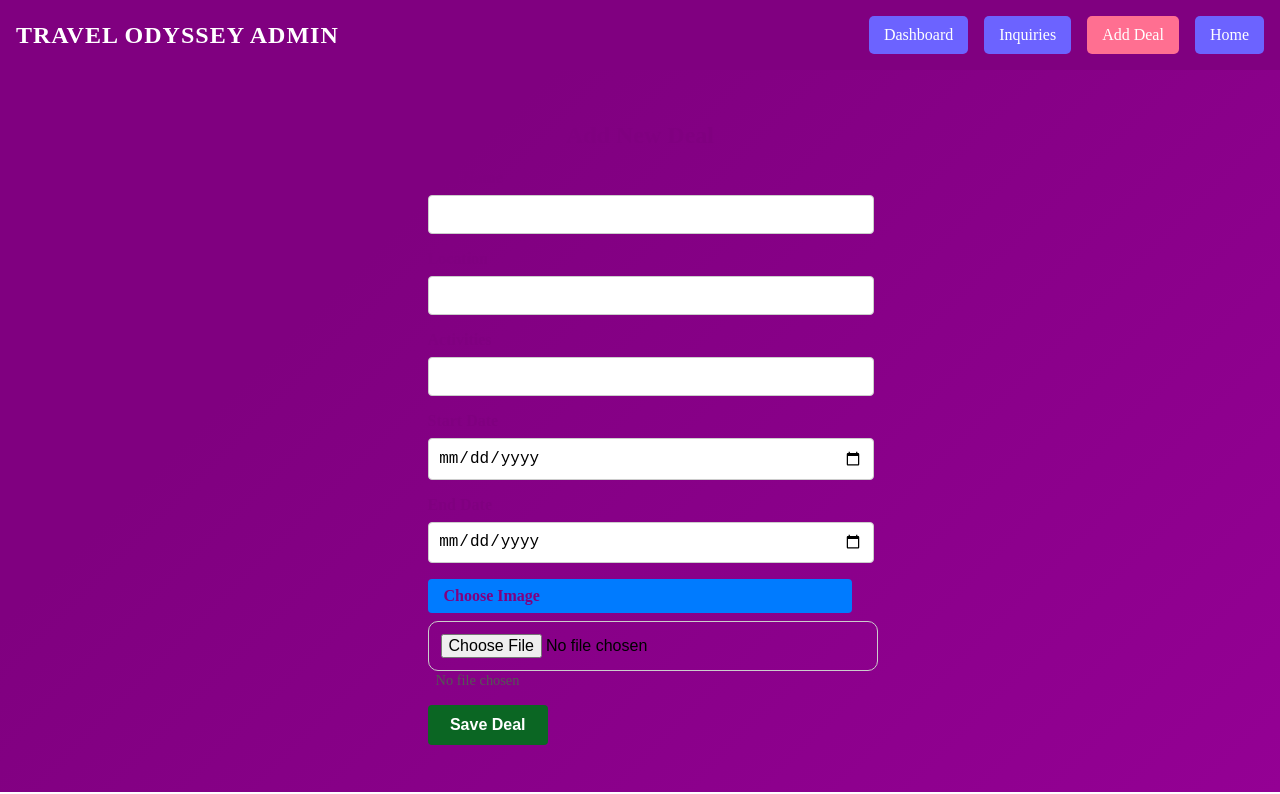
Repository: GHzPhoenix/Project-Odyssey
Page: Frontend/add-deal.html
The author's editor kept a copy of each file at every save. The page is drawn from the files as they stood at one save, then again after the next save.
The browser window is 1280 px wide. The pictures show the whole page.

Above is the page before, as saved 2025-06-08 23:39:27.

### Frontend/add-deal.html
<!DOCTYPE html>
<html lang="en">
  <head>
    <meta charset="UTF-8" />
    <meta name="viewport" content="width=device-width,initial-scale=1.0" />
    <title>Admin – Add Deal</title>
    <link rel="stylesheet" href="/Frontend/css/login.css" />
    <style>
      body {
        font-family: "Merriweather", serif;
        margin: 0;
      }
      header nav {
        background: purple;
        padding: 1rem;
        display: flex;
        align-items: center;
        justify-content: space-between;
      }
      header nav .logo {
        color: white;
        font-weight: bold;
      }
      header nav ul {
        list-style: none;
        display: flex;
        gap: 1rem;
        margin: 0;
      }
      header nav a {
        color: white;
        text-decoration: none;
        padding: 0.5rem 1rem;
        background: #6c63ff;
        border-radius: 4px;
        transition: background 0.2s;
      }
      header nav a.active {
        background: #ff6f91;
      }
      header nav a:hover {
        background: #5950d4;
      }

      main {
        max-width: 600px;
        margin: 2rem auto;
        padding: 0 1rem;
      }
      h2 {
        text-align: center;
        color: purple;
      }
      form .input-group {
        margin-bottom: 1rem;
      }
      label {
        display: block;
        margin-bottom: 0.3rem;
        font-weight: 600;
      }
      input[type="text"],
      input[type="date"],
      textarea {
        width: 100%;
        padding: 0.6rem;
        border: 1px solid #ccc;
        border-radius: 4px;
        font-size: 1rem;
      }
      .file-input-label {
        display: inline-block;
        padding: 0.5rem 1rem;
        background: #007bff;
        color: white;
        border-radius: 4px;
        cursor: pointer;
      }
      #file-chosen {
        margin-left: 0.5rem;
        font-size: 0.9rem;
        color: #555;
      }
      button[type="submit"] {
        background: #0b6623;
        color: white;
        padding: 0.7rem 1.4rem;
        border: none;
        border-radius: 4px;
        font-size: 1rem;
        cursor: pointer;
      }
      button[type="submit"]:hover {
        background: #095a1a;
      }
      #deal-message {
        margin-top: 0.75rem;
        font-size: 0.9rem;
      }
      #deal-message.error {
        color: #b00020;
      }
      #deal-message.success {
        color: #0b6623;
      }
    </style>
  </head>
  <body>
    <header>
      <nav>
        <div class="logo">Travel Odyssey Admin</div>
        <ul>
          <li><a href="admin-dashboard.html">Dashboard</a></li>
          <li><a href="inquiries.html">Inquiries</a></li>
          <li><a href="add-deal.html" class="active">Add Deal</a></li>
          <li><a href="index.html">Home</a></li>
        </ul>
      </nav>
    </header>

    <main>
      <h2>Add New Deal</h2>
      <form id="deal-form">
        <div class="input-group">
          <label for="name">Deal Name</label>
          <input type="text" id="name" required />
        </div>
        <div class="input-group">
          <label for="location">Location</label>
          <input type="text" id="location" required />
        </div>
        <div class="input-group">
          <label for="activities">Activities</label>
          <input type="text" id="activities" required />
        </div>
        <div class="input-group">
          <label for="start_date">Start Date</label>
          <input type="date" id="start_date" required />
        </div>
        <div class="input-group">
          <label for="end_date">End Date</label>
          <input type="date" id="end_date" required />
        </div>
        <div class="input-group">
          <label class="file-input-label" for="image_file">
            Choose Image
          </label>
          <input type="file" id="image_file" accept="image/*" />
          <span id="file-chosen">No file chosen</span>
        </div>
        <button type="submit">Save Deal</button>
        <p id="deal-message"></p>
      </form>
    </main>

    <script>
      // prefill from ?name=...&location=...&activities=...
      const params = new URLSearchParams(location.search);
      for (let key of ["name", "location", "activities"]) {
        if (params.has(key)) {
          document.getElementById(key).value = params.get(key);
        }
      }

      // file chooser label
      const fi = document.getElementById("image_file"),
        fc = document.getElementById("file-chosen");
      fi.addEventListener("change", () => {
        fc.textContent = fi.files[0]?.name || "No file chosen";
      });

      document
        .getElementById("deal-form")
        .addEventListener("submit", async (e) => {
          e.preventDefault();
          const msg = document.getElementById("deal-message");
          msg.textContent = "";
          msg.className = "";

          const name = document.getElementById("name").value.trim();
          const loc = document.getElementById("location").value.trim();
          const acts = document.getElementById("activities").value.trim();
          const sd = document.getElementById("start_date").value;
          const ed = document.getElementById("end_date").value;

          if (!name || !loc || !acts || !sd || !ed) {
            msg.textContent = "Fill all fields";
            msg.classList.add("error");
            return;
          }
          if (!fi.files.length) {
            msg.textContent = "Select an image";
            msg.classList.add("error");
            return;
          }

          // read image
          const reader = new FileReader();
          const dataUrl = await new Promise((res) => {
            reader.onload = () => res(reader.result);
            reader.readAsDataURL(fi.files[0]);
          });

          const payload = {
            name,
            location: loc,
            activities: acts,
            start_date: sd,
            end_date: ed,
            image_url: dataUrl,
          };

          const token = localStorage.getItem("token");
          if (!token) {
            msg.textContent = "Login as admin first";
            msg.classList.add("error");
            return;
          }

          try {
            const resp = await fetch("http://127.0.0.1:5001/api/deals", {
              method: "POST",
              headers: {
                "Content-Type": "application/json",
                Authorization: "Bearer " + token,
              },
              body: JSON.stringify(payload),
            });
            const data = await resp.json();
            if (!resp.ok) throw new Error(data.error || "Save failed");
            msg.textContent = "Deal saved!";
            msg.classList.add("success");
            e.target.reset();
            fc.textContent = "No file chosen";
          } catch (err) {
            console.error(err);
            msg.textContent = err.message;
            msg.classList.add("error");
          }
        });
    </script>
  </body>
</html>

### Frontend/css/login.css
body {
  margin: 0;
  padding: 0;
  font-family: "Merriweather", serif;
  background: linear-gradient(135deg, purple 30%, rgb(148, 0, 148) 100%);
  min-height: 100vh;
  display: flex;
  flex-direction: column;
  align-items: center;
}

header {
  width: 100%;
  background-color: purple;
  color: white;
}

nav {
  background-color: purple;
  display: flex;
  justify-content: space-between;
  align-items: center;
  padding: 15px 20px;
  color: white;
  position: relative;
}

nav .logo {
  font-size: 24px;
  font-weight: bold;
  text-transform: uppercase;
  letter-spacing: 1px;
  display: flex;
  align-items: center;
}

nav .logo img {
  width: 50px;
  height: 50px;
  border-radius: 50%;
  margin-right: 10px;
}

nav ul {
  list-style: none;
  display: flex;
  gap: 15px;
  margin: 0;
  padding: 0;
}

nav ul li {
  position: relative;
}

nav ul li a {
  text-decoration: none;
  color: white;
  font-size: 16px;
  padding: 10px 15px;
  border-radius: 5px;
  transition: background 0.3s ease-in-out;
  display: block;
}

nav ul li a:hover {
  background-color: #cd75ce;
  color: yellow;
}

nav ul li .dropdown {
  display: none;
  position: absolute;
  left: 0;
  top: 100%;
  background-color: white;
  min-width: 180px;
  border-radius: 5px;
  box-shadow: 0px 4px 8px rgba(0, 0, 0, 0.2);
  z-index: 1000;
  opacity: 0;
  transform: translateY(10px);
  transition: opacity 0.3s, transform 0.3s ease-in-out;
}

nav ul li .dropdown a {
  display: block;
  padding: 12px;
  color: #333;
  transition: background 0.3s ease-in-out;
  white-space: nowrap;
}

nav ul li .dropdown a:hover {
  background-color: #f4f4f9;
}

nav ul li:hover .dropdown {
  display: block;
  opacity: 1;
  transform: translateY(0);
}

.menu-toggle {
  display: none;
  flex-direction: column;
  cursor: pointer;
}

.menu-toggle div {
  width: 30px;
  height: 3px;
  background-color: white;
  margin: 5px;
}

.logo {
  display: flex;
  align-items: center;
  font-size: 24px;
  font-weight: bold;
}

.logo img {
  width: 50px;
  height: 50px;
  border-radius: 50%;
  margin-right: 10px;
}

.menu-toggle {
  display: none;
  flex-direction: column;
  cursor: pointer;
}

.menu-toggle div {
  width: 30px;
  height: 3px;
  background-color: white;
  margin: 5px 0;
}

@media (max-width: 768px) {
  nav ul {
    display: none;
    flex-direction: column;
    background: purple;
    position: absolute;
    top: 70px;
    left: 0;
    width: 100%;
    box-shadow: none;
  }

  nav ul.active {
    display: flex;
  }

  .menu-toggle {
    display: flex;
  }
}

.avatar {
  width: 100px;
  height: 100px;
  border-radius: 50%;
  margin-top: 30px;
  object-fit: cover;
}

.login-container {
  background: white;
  padding: 40px;
  margin-top: 30px;
  border-radius: 15px;
  width: 100%;
  max-width: 400px;
  box-shadow: 0 8px 16px rgba(0, 0, 0, 0.2);
  text-align: center;
}

.login-form h2 {
  margin-bottom: 25px;
  font-size: 2rem;
  color: purple;
}

.input-group {
  text-align: left;
  margin-bottom: 20px;
}

.input-group label {
  display: block;
  margin-bottom: 8px;
  font-weight: bold;
  color: purple;
}

.input-group input {
  width: 100%;
  padding: 12px;
  border-radius: 10px;
  border: 1px solid #ccc;
  font-size: 16px;
}

button[type="submit"] {
  background: purple;
  color: white;
  border: none;
  padding: 12px 25px;
  border-radius: 30px;
  font-size: 18px;
  font-weight: bold;
  cursor: pointer;
  transition: background 0.3s;
}

button[type="submit"]:hover {
  background: rgb(148, 0, 148);
}

.signup-text {
  margin-top: 20px;
  font-size: 0.9rem;
}

.signup-text a {
  color: purple;
  font-weight: bold;
  text-decoration: none;
}

.signup-text a:hover {
  text-decoration: underline;
}

footer {
  margin-top: auto;
  padding: 20px;
  text-align: center;
  background: purple;
  color: white;
  font-size: 0.9rem;
}

@media (max-width: 480px) {
  .login-container {
    padding: 30px 20px;
    width: 90%;
  }
}

After the next save:
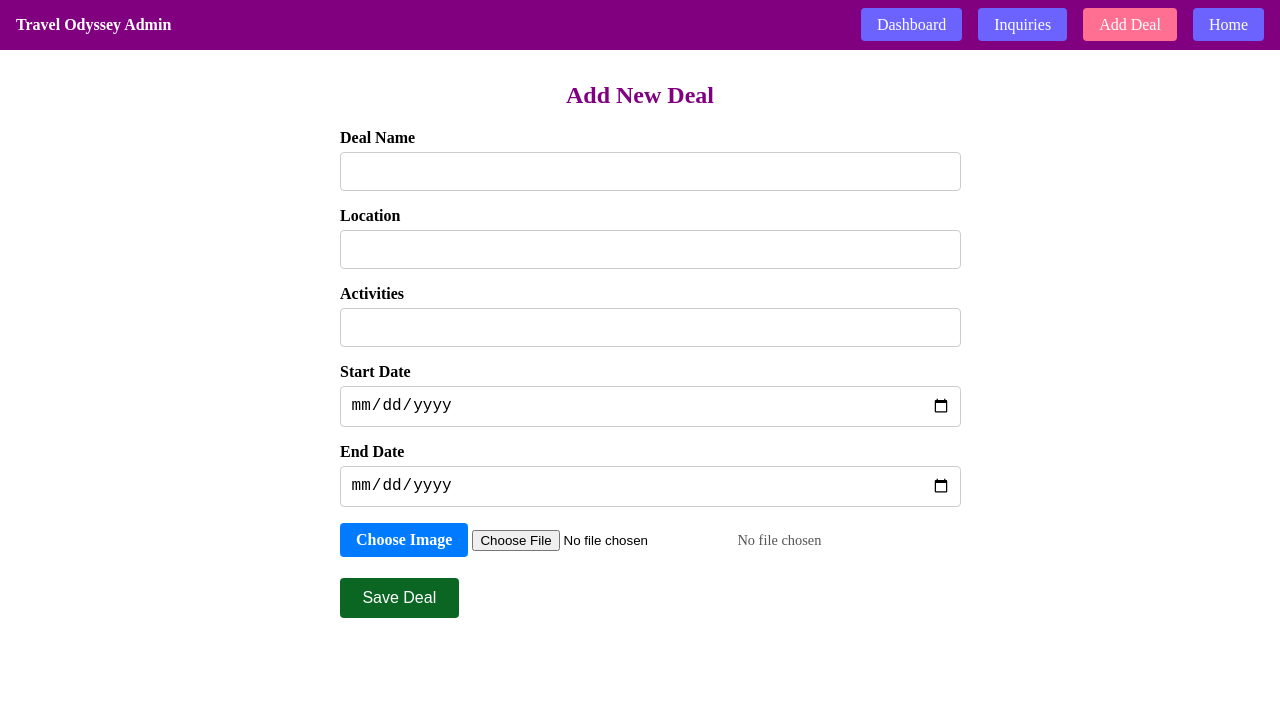
Saved 40 s later.
--- a/Frontend/add-deal.html
+++ b/Frontend/add-deal.html
@@ -4,7 +4,7 @@
     <meta charset="UTF-8" />
     <meta name="viewport" content="width=device-width,initial-scale=1.0" />
     <title>Admin – Add Deal</title>
-    <link rel="stylesheet" href="/Frontend/css/login.css" />
+    <!-- <link rel="stylesheet" href="/Frontend/css/login.css" /> -->
     <style>
       body {
         font-family: "Merriweather", serif;

After the save that followed:
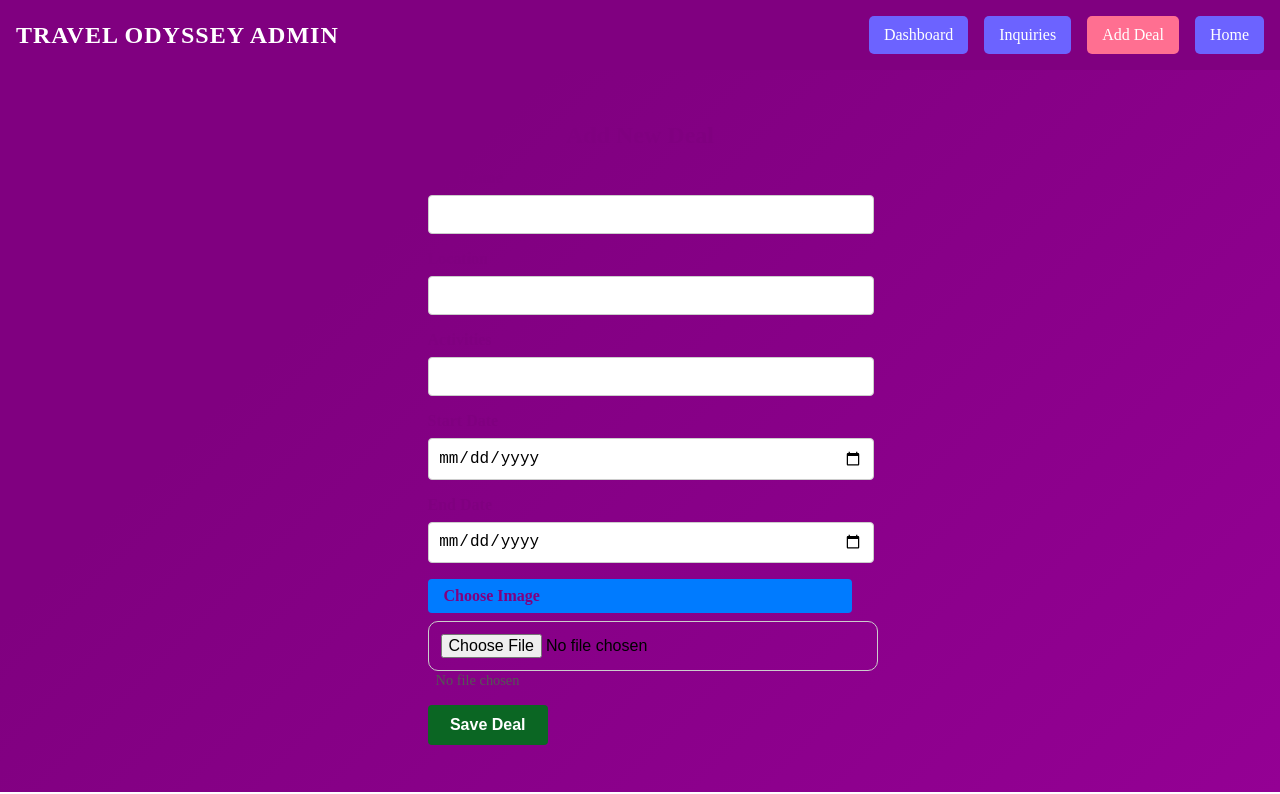
Saved 28 s later.
--- a/Frontend/add-deal.html
+++ b/Frontend/add-deal.html
@@ -4,7 +4,7 @@
     <meta charset="UTF-8" />
     <meta name="viewport" content="width=device-width,initial-scale=1.0" />
     <title>Admin – Add Deal</title>
-    <!-- <link rel="stylesheet" href="/Frontend/css/login.css" /> -->
+    <link rel="stylesheet" href="/Frontend/css/login.css" />
     <style>
       body {
         font-family: "Merriweather", serif;
